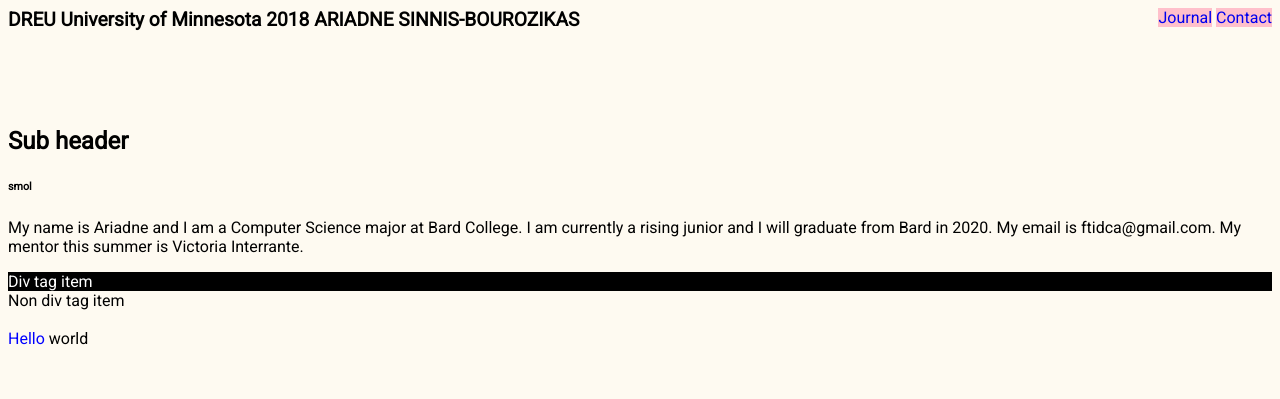
Repository: ariadnesb/dreu2018
Page: index.html
The author's editor kept a record of every edit. The page is drawn from the files as they stood at one moment, then again after the next edit.
The browser window is 1280 px wide. The pictures show the whole page.

Above is the page before.

### index.html
<!DOCTYPE html>
<html>
    <head>
        <title>It's me</title>
        <link rel="stylesheet" href="styles.css">
        <link href="https://fonts.googleapis.com/css?family=Roboto" rel="stylesheet">
    </head>

    <body>
        <div id="header">
            <h1>DREU University of Minnesota 2018 </h1>
            <h2>ARIADNE SINNIS-BOUROZIKAS</h2>

            <ul class="nav-bar">
                <li><a href="/journal.html">Journal</a></li>
                <li><a href="/contact.html">Contact</a></li>

        </div>


        <br><br>
        <br><br>


        <h2>Sub header</h2>
        <h6>smol</h6>

        <p>
        My name is Ariadne and I am a Computer Science major at Bard College. I am currently a rising junior and I will graduate from Bard in 2020. My email is ftidca@gmail.com.

        My mentor this summer is Victoria Interrante.
        </p>

        <!--- divs and spans can have 1 id but many classes -->
        <div id="custom-id">
            Div tag item
        </div>
        Non div tag item

        <br><br>
        <span class="custom-class">Hello</span> world



    </body>

</html>

### styles.css
html {
  /* everything that u put here will impact contents of <html>
  aka everything */
  font-family: 'Roboto', sans-serif;
  background-color: #FEFAF1;

}

#custom-id {
    background-color: black;
    color: white;
}

.custom-class{
    color: blue;
    display: inline;

}

#name {
    color: #66D167;
}

#header h1 {
    font-size: 1.2em;
    display: inline;
}

#header h2 {
    font-size: 1.2em;
    display: inline;
    color: var(--pale);
}

#header .nav-bar  {
    float: right;
    list-style-type: none;
    margin: 0;
    padding: 0;

}

#header li {
    display: inline;
    padding: 0;
    background-color: pink;
}

#header a {
    text-decoration: none;
    display: inline;

}

#header a:hover {
    background-color: black;
    display: inline;
    color:white;
}

After the next edit:
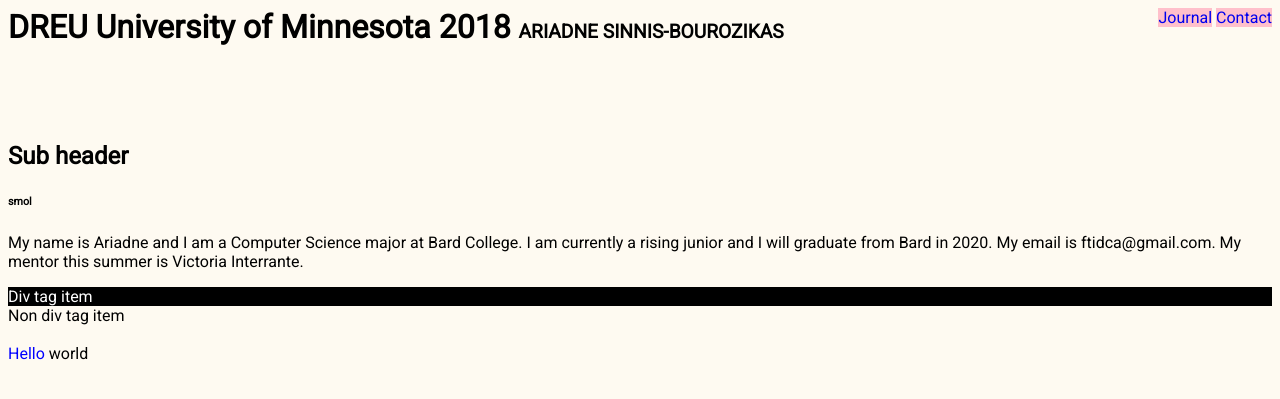
The edit:
--- a/styles.css
+++ b/styles.css
@@ -22,7 +22,6 @@
 }
 
 #header h1 {
-    font-size: 1.2em;
     display: inline;
 }
 
